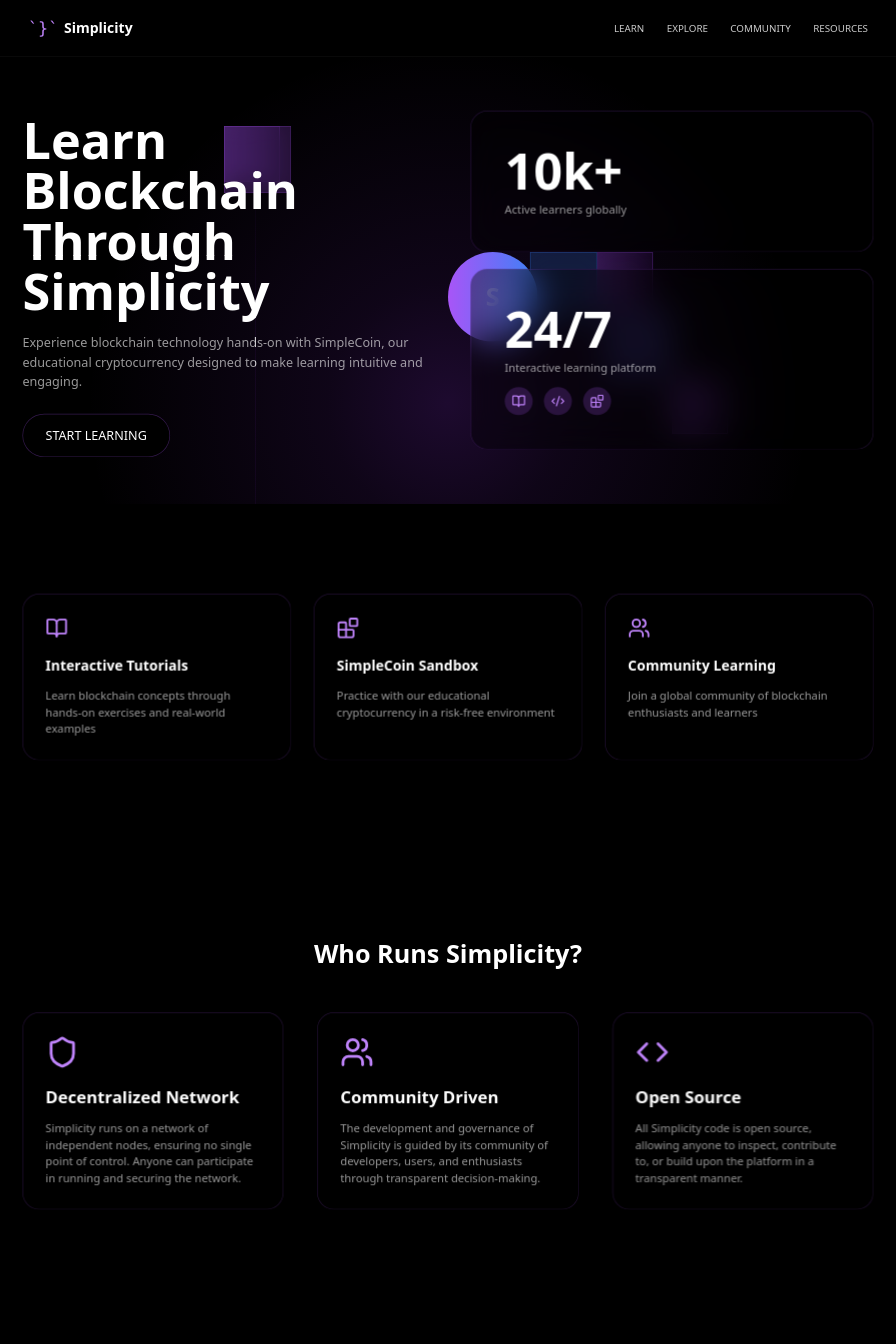
Repository: Simplicity-Block/Simplicity_website
Page: /wallet
The author's editor kept a copy of each file at every save. The page is drawn from the files as they stood at one save, then again after the next save.
The browser window is 1280 px wide. The pictures show the part of the page from y = 0 to 1920 px (the page is 2820 px tall), at 70% of full size.
The project was rebuilt for these pictures with package versions that can differ from the ones it lists, and the page was loaded fresh each time. Also part of the build but not shown: vite.config.js.

Above is the page before, as saved 2024-12-21 00:21:34.

### src/App.jsx
// src/App.jsx
import React, { useRef } from 'react';
import Navbar from './components/NavBar';
import Hero from './components/Hero';
import Features from './components/Features';
import Block from './components/Block';
import { useScroll } from './components/useScroll.jsx';
import WhoRuns from "./components/WhoRuns";
import Capabilities from "./components/Capabilities";
import FloatingElements from "./components/FloatingElements.jsx";


const App = () => {
  const gradientRef = useRef(null);
  const block1Ref = useRef(null);
  const block2Ref = useRef(null);
  const block3Ref = useRef(null);

  const refs = { gradientRef, block1Ref, block2Ref, block3Ref };
  useScroll(refs);

  return (
    <div className="min-h-screen bg-black overflow-hidden">
      {/* Dynamic Gradient Background */}
      <div ref={gradientRef} className="fixed inset-0 pointer-events-none transition-all duration-1000" />

      {/* Floating Blocks */}
      <div className="fixed inset-0 pointer-events-none overflow-hidden">
        <div className="absolute top-1/4 left-1/4">
          <Block refProp={block1Ref} delay={0} />
        </div>
        <div className="absolute top-1/2 right-1/3">
          <Block refProp={block2Ref} delay={0.2} />
        </div>
        <div className="absolute bottom-1/4 right-1/4">
          <Block refProp={block3Ref} delay={0.4} />
        </div>
      </div>

      <FloatingElements />
      <Navbar />

      {/* Main Content */}
      <div className="relative z-10">
        <Hero />
        <Features />
        <WhoRuns />
        <Capabilities />
      </div>

    </div>
  );
};

export default App;

### src/components/NavBar.jsx
// src/components/navigation/Navbar.jsx
import React from 'react';

const Navbar = () => (
  <nav className="fixed w-full p-6 z-50 bg-black/10 backdrop-blur-lg border-b border-white/5">
    <div className="flex justify-between items-center max-w-7xl mx-auto px-4">
      <div className="flex items-center space-x-2">
        <div className="text-purple-400 text-2xl font-mono">`{'}'}`</div>
        <span className="text-white text-xl font-bold">Simplicity</span>
      </div>
      <div className="flex items-center gap-8">
        <span className="text-white/80 text-sm">LEARN</span>
        <span className="text-white/80 text-sm">EXPLORE</span>
        <span className="text-white/80 text-sm">COMMUNITY</span>
        <span className="text-white/80 text-sm">RESOURCES</span>
      </div>
    </div>
  </nav>
);

export default Navbar;

### src/components/Hero.jsx
// src/components/sections/Hero.jsx
import React from 'react';
import StatCards from "./StatsCard";
const Hero = () => (
  <section className="min-h-screen flex items-center relative pt-20">
    <div className="max-w-7xl mx-auto px-8">
      <div className="grid grid-cols-1 lg:grid-cols-2 gap-16 items-center">
        <div className="relative z-10">
          <div className="mb-8">
            <div className="text-purple-400 text-4xl font-mono mb-4"></div>
            <h1 className="text-7xl font-bold text-white mb-6">
              Learn Blockchain
              <br />
              Through
              <br />
              Simplicity
            </h1>
            <p className="text-white/60 text-lg max-w-xl">
              Experience blockchain technology hands-on with SimpleCoin, our educational cryptocurrency designed to make learning intuitive and engaging.
            </p>
          </div>
          <button className="bg-black text-white px-8 py-4 rounded-full text-lg font-medium border border-purple-500/30 hover:border-purple-500 transition-all">
            START LEARNING
          </button>
        </div>
        <StatCards />
      </div>
    </div>
  </section>
);

export default Hero;

### src/components/Features.jsx
// src/components/sections/Features.jsx
import React from 'react';
import { BookOpen, Blocks, Users } from 'lucide-react';

const featureData = [
  {
    icon: BookOpen,
    title: "Interactive Tutorials",
    description: "Learn blockchain concepts through hands-on exercises and real-world examples"
  },
  {
    icon: Blocks,
    title: "SimpleCoin Sandbox",
    description: "Practice with our educational cryptocurrency in a risk-free environment"
  },
  {
    icon: Users,
    title: "Community Learning",
    description: "Join a global community of blockchain enthusiasts and learners"
  }
];

const Features = () => (
  <section className="py-32 relative">
    <div className="max-w-7xl mx-auto px-8">
      <div className="grid grid-cols-1 md:grid-cols-3 gap-8">
        {featureData.map((feature, index) => (
          <div
            key={index}
            className="bg-black/40 backdrop-blur-xl rounded-3xl p-8 border border-purple-500/20 hover:border-purple-500/40 transition-all group"
          >
            <div className="text-purple-400 mb-6 transform group-hover:scale-110 transition-all duration-500">
              <feature.icon className="w-8 h-8" />
            </div>
            <h3 className="text-xl font-bold text-white mb-4">{feature.title}</h3>
            <p className="text-white/60">{feature.description}</p>
          </div>
        ))}
      </div>
    </div>
  </section>
);

export default Features;

### src/components/Block.jsx
import React from 'react';

const Block = ({ refProp, delay = 0 }) => (
  <div
    ref={refProp}
    className="absolute w-20 h-20 backdrop-blur-lg border border-purple-500/30"
    style={{
      background: 'rgba(147, 51, 234, 0.1)',
      transform: 'rotate3d(1, 1, 1, 0deg)',
      transition: 'transform 0.5s ease-out',
      animationDelay: `${delay}s`,
    }}
  >
    <div className="absolute inset-0 bg-gradient-to-r from-purple-500/20 to-transparent" />
  </div>
);

export default Block;

### src/components/useScroll.jsx
// src/hooks/useScroll.js
import { useState, useEffect } from 'react';

export const useScroll = (refs) => {
  const [scrollPosition, setScrollPosition] = useState(0);
  const [mousePosition, setMousePosition] = useState({ x: 0, y: 0 });

  useEffect(() => {
    const handleScroll = () => {
      const position = window.scrollY;
      setScrollPosition(position);

      // Update gradient
      if (refs.gradientRef.current) {
        const x = 50 + Math.sin(position * 0.001) * 30;
        const y = 50 + Math.cos(position * 0.001) * 30;
        refs.gradientRef.current.style.background = `
          radial-gradient(circle at ${x}% ${y}%,
          rgba(147, 51, 234, 0.2) 0%,
          rgba(147, 51, 234, 0.1) 20%,
          rgba(147, 51, 234, 0.05) 40%,
          transparent 60%)
        `;
      }

      // Update blocks
      [refs.block1Ref, refs.block2Ref, refs.block3Ref].forEach((ref, index) => {
        if (ref.current) {
          const offset = position * (0.1 + index * 0.05);
          const scale = 1 + Math.sin(position * 0.001) * 0.1;
          ref.current.style.transform = `rotate3d(1, 1, 1, ${offset}deg) scale(${scale})`;
        }
      });
    };

    const handleMouseMove = (e) => {
      setMousePosition({ x: e.clientX, y: e.clientY });
    };

    window.addEventListener('scroll', handleScroll);
    window.addEventListener('mousemove', handleMouseMove);
    return () => {
      window.removeEventListener('scroll', handleScroll);
      window.removeEventListener('mousemove', handleMouseMove);
    };
  }, [refs]);

  return { scrollPosition, mousePosition };
};

### src/components/WhoRuns.jsx
import React from 'react';
import { Shield, Users, Code } from 'lucide-react';

const WhoRuns = () => {
  return (
    <section className="py-32 relative">
      <div className="max-w-7xl mx-auto px-8">
        <h2 className="text-4xl font-bold text-white mb-16 text-center">Who Runs Simplicity?</h2>

        <div className="grid grid-cols-1 md:grid-cols-3 gap-12">
          <div className="bg-black/40 backdrop-blur-xl rounded-3xl p-8 border border-purple-500/20 hover:border-purple-500/40 transition-all group">
            <Shield className="w-12 h-12 text-purple-400 mb-6" />
            <h3 className="text-2xl font-bold text-white mb-4">Decentralized Network</h3>
            <p className="text-white/60">
              Simplicity runs on a network of independent nodes, ensuring no single point of control. Anyone can participate in running and securing the network.
            </p>
          </div>

          <div className="bg-black/40 backdrop-blur-xl rounded-3xl p-8 border border-purple-500/20 hover:border-purple-500/40 transition-all group">
            <Users className="w-12 h-12 text-purple-400 mb-6" />
            <h3 className="text-2xl font-bold text-white mb-4">Community Driven</h3>
            <p className="text-white/60">
              The development and governance of Simplicity is guided by its community of developers, users, and enthusiasts through transparent decision-making.
            </p>
          </div>

          <div className="bg-black/40 backdrop-blur-xl rounded-3xl p-8 border border-purple-500/20 hover:border-purple-500/40 transition-all group">
            <Code className="w-12 h-12 text-purple-400 mb-6" />
            <h3 className="text-2xl font-bold text-white mb-4">Open Source</h3>
            <p className="text-white/60">
              All Simplicity code is open source, allowing anyone to inspect, contribute to, or build upon the platform in a transparent manner.
            </p>
          </div>
        </div>
      </div>
    </section>
  );
};

export default WhoRuns;

### src/components/Capabilities.jsx
import React from 'react';
import { Zap, Lock, Coins, Boxes } from 'lucide-react';

const Capabilities = () => {
  return (
    <section className="py-32 relative">
      <div className="max-w-7xl mx-auto px-8">
        <h2 className="text-4xl font-bold text-white mb-16 text-center">What Can Simplicity Do?</h2>

        <div className="grid grid-cols-1 md:grid-cols-2 gap-12">
          <div className="bg-black/40 backdrop-blur-xl rounded-3xl p-12 border border-purple-500/20 group hover:border-purple-500/40 transition-all">
            <Zap className="w-12 h-12 text-purple-400 mb-6" />
            <h3 className="text-2xl font-bold text-white mb-4">Fast Transactions</h3>
            <p className="text-white/60">
              Process transactions in seconds with minimal fees, making it perfect for learning and experimenting with blockchain technology.
            </p>
          </div>

          <div className="bg-black/40 backdrop-blur-xl rounded-3xl p-12 border border-purple-500/20 group hover:border-purple-500/40 transition-all">
            <Lock className="w-12 h-12 text-purple-400 mb-6" />
            <h3 className="text-2xl font-bold text-white mb-4">Secure By Design</h3>
            <p className="text-white/60">
              Built with robust cryptographic principles while maintaining simplicity, making it an ideal platform for understanding blockchain security.
            </p>
          </div>

          <div className="bg-black/40 backdrop-blur-xl rounded-3xl p-12 border border-purple-500/20 group hover:border-purple-500/40 transition-all">
            <Coins className="w-12 h-12 text-purple-400 mb-6" />
            <h3 className="text-2xl font-bold text-white mb-4">Smart Contracts</h3>
            <p className="text-white/60">
              Create and deploy simple smart contracts to learn about programmable transactions and decentralized applications.
            </p>
          </div>

          <div className="bg-black/40 backdrop-blur-xl rounded-3xl p-12 border border-purple-500/20 group hover:border-purple-500/40 transition-all">
            <Boxes className="w-12 h-12 text-purple-400 mb-6" />
            <h3 className="text-2xl font-bold text-white mb-4">Cross-Chain Learning</h3>
            <p className="text-white/60">
              Understand blockchain interoperability through simplified examples of cross-chain communication and asset transfers.
            </p>
          </div>
        </div>
      </div>
    </section>
  );
};

export default Capabilities;

### src/components/FloatingElements.jsx
import React, { useEffect, useRef } from 'react';

const FloatingElements = () => {
  const block1Ref = useRef(null);
  const block2Ref = useRef(null);
  const block3Ref = useRef(null);
  const coinRef = useRef(null);

  useEffect(() => {
    const handleScroll = () => {
      const scrollPosition = window.scrollY;

      // Rotate blocks
      [block1Ref, block2Ref, block3Ref].forEach((ref, index) => {
        if (ref.current) {
          const rotateY = scrollPosition * (0.1 + index * 0.05);
          const translateZ = Math.sin(scrollPosition * 0.003) * 50;
          ref.current.style.transform = `
            rotateY(${rotateY}deg)
            rotateX(${rotateY * 0.5}deg)
            translateZ(${translateZ}px)
          `;
        }
      });

      // Animate coin
      if (coinRef.current) {
        const coinRotation = scrollPosition * 0.2;
        const coinProgress = Math.min(scrollPosition / 1000, 1);
        const coinTranslateZ = -1000 + coinProgress * 1200;

        coinRef.current.style.transform = `
          rotateY(${coinRotation}deg)
          translateZ(${coinTranslateZ}px)
        `;
      }
    };

    window.addEventListener('scroll', handleScroll);
    return () => window.removeEventListener('scroll', handleScroll);
  }, []);

  return (
    <div className="fixed inset-0 pointer-events-none perspective-1000">
      {/* 3D Blocks */}
      <div ref={block1Ref} className="absolute top-1/4 left-1/4 w-24 h-24 bg-purple-500/20 backdrop-blur-lg border border-purple-500/30 transition-transform duration-100" />
      <div ref={block2Ref} className="absolute top-1/2 right-1/3 w-24 h-24 bg-blue-500/20 backdrop-blur-lg border border-blue-500/30 transition-transform duration-100" />
      <div ref={block3Ref} className="absolute bottom-1/4 right-1/4 w-24 h-24 bg-indigo-500/20 backdrop-blur-lg border border-indigo-500/30 transition-transform duration-100" />

      {/* 3D Coin */}
      <div
        ref={coinRef}
        className="absolute left-1/2 top-1/2 w-32 h-32 rounded-full bg-gradient-to-r from-purple-500 to-blue-500 transition-transform duration-100"
        style={{
          transformStyle: 'preserve-3d',
          backfaceVisibility: 'hidden'
        }}
      >
        <div className="absolute inset-0 flex items-center justify-center text-white text-4xl font-bold">
          S
        </div>
      </div>
    </div>
  );
};

export default FloatingElements;

### src/components/StatsCard.jsx
// src/components/sections/StatCards.jsx
import React from 'react';
import { BookOpen, Code2, Blocks } from 'lucide-react';

const StatCards = () => (
  <div className="grid grid-cols-1 gap-6">
    <div className="bg-black/40 backdrop-blur-xl rounded-3xl p-12 border border-purple-500/20 transform hover:scale-105 transition-all duration-500">
      <div className="text-7xl font-bold text-white mb-2">10k+</div>
      <div className="text-white/60">Active learners globally</div>
    </div>
    <div className="bg-black/40 backdrop-blur-xl rounded-3xl p-12 border border-purple-500/20 transform hover:scale-105 transition-all duration-500">
      <div className="text-7xl font-bold text-white mb-2">24/7</div>
      <div className="text-white/60">Interactive learning platform</div>
      <div className="flex gap-4 mt-4">
        {[BookOpen, Code2, Blocks].map((Icon, index) => (
          <div key={index} className="w-10 h-10 rounded-full bg-purple-500/20 flex items-center justify-center">
            <Icon className="w-5 h-5 text-purple-400" />
          </div>
        ))}
      </div>
    </div>
  </div>
);

export default StatCards;

Loaded but not shown: index.html (common file); src/main.jsx (common file); src/index.css (common file); tailwind.config.js (common file)

After the next save:
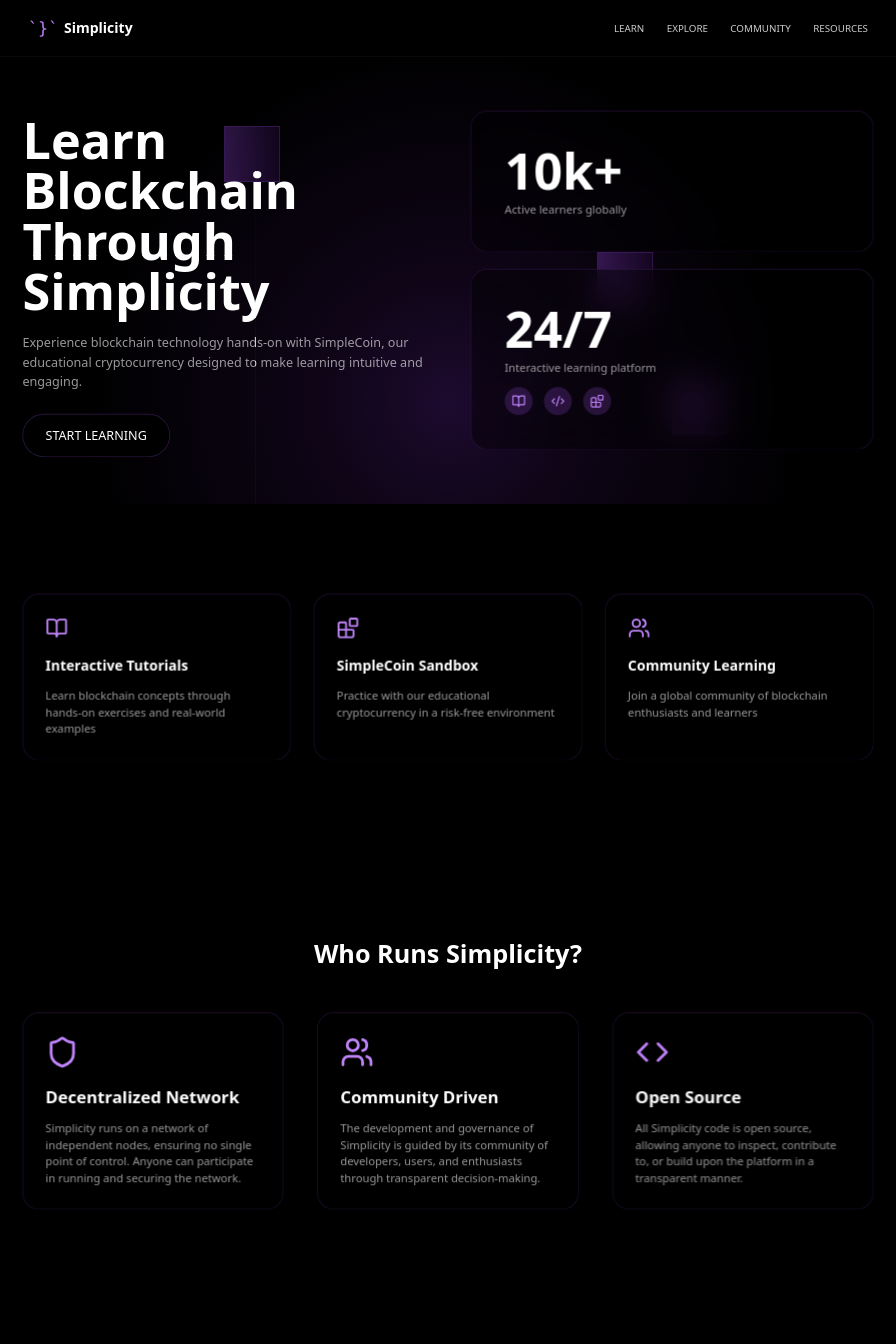
Saved 27 s later.
--- a/src/App.jsx
+++ b/src/App.jsx
@@ -37,7 +37,7 @@
         </div>
       </div>
 
-      <FloatingElements />
+      {/* <FloatingElements /> */}
       <Navbar />
 
       {/* Main Content */}
